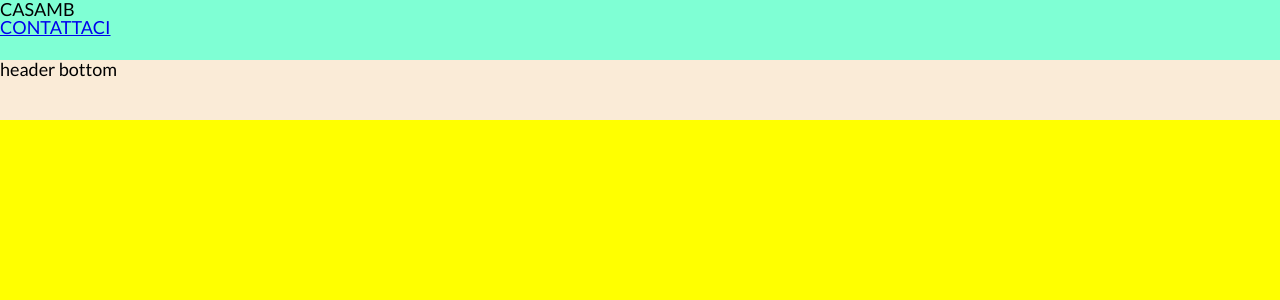
Repository: nicolorz/casamb
Page: /
These files come from the project's save history. The page is drawn as it stood at one moment and after the next save; the edit follows.
The browser window is 1280 px wide. The pictures show the whole page.
The project was rebuilt for these pictures with package versions that can differ from the ones it lists, and the page was loaded fresh each time. Also part of the build but not shown: src/index.css, src/App.css.

Above is the page before, as saved 2023-07-18 17:20:35.

### src/index.js
import React from 'react';
import ReactDOM from 'react-dom/client';
import './index.css';
import './assets/css/reset.css'
import './assets/css/style.css'
import App from './App';
import reportWebVitals from './reportWebVitals';

const root = ReactDOM.createRoot(document.getElementById('root'));
root.render(
  <React.StrictMode>
    <App />
  </React.StrictMode>
);

// If you want to start measuring performance in your app, pass a function
// to log results (for example: reportWebVitals(console.log))
// or send to an analytics endpoint. Learn more: https://bit.ly/CRA-vitals
reportWebVitals();

### src/assets/css/style.css
@import url('https://fonts.googleapis.com/css2?family=Lato:ital,wght@0,300;0,400;0,700;1,300;1,400;1,700&display=swap');

html, body {
  margin: 0;
  padding: 0;
  font-size: 18px;
  font-family: 'Lato', sans-serif;
}

.main-wrapper {
  width: 100vw;
  height: 100vh;
  background-color: yellow;
/*   display: flex;
  flex-flow: row nowrap; */
}

/* .sidebar {
  flex: 1;
  background-color: #f6f6f6;
  display: flex;
  flex-flow: column nowrap;
}

.card-wrapper {
  flex: 4;
  padding: 1rem;
  box-sizing: border-box;
  background-color: #EFF8FF;
  border: 1px solid #62A1FF;
  display: flex;
  flex-flow: row nowrap;
  align-items: flex-start;
  gap: 1rem;
}

.footer, .area-buttons {
  width: 100%;
  padding: 1rem;
  box-sizing: border-box;
  background-color: #EFF8FF;
  border: 1px solid #62A1FF;
}

.foooter {
  flex: 0 1 auto;
}

.area-buttons {
  flex: 1 0 auto;
}

.area-buttons {
  display: flex;
  flex-flow: column nowrap;
  gap: 0.5rem;
}

.area-buttons > button {
  align-self: flex-start;
}

.card {
  flex: 0 1 33%;
  padding: 1rem;
  background-color: #62A1FF;
  /* align-self: flex-start;
}

.card > img {
  width: 100%;
} */

### src/App.js
import logo from './logo.svg';
import './App.css';
import  {Header} from './components/HeaderWrapper/HeaderWrapper';

function App() {

  return (
    <div className="main-wrapper">
      <Header />
    </div>
  );
}

export default App;

### src/components/HeaderWrapper/HeaderWrapper.js
import './Header.css'
import { HeaderBottom } from './HeaderBottom'
import { HeaderTop } from './HeaderTop'

export const Header = () => {
    return <div className="header">
        <HeaderTop />
        <HeaderBottom />
    </div>
}

### src/components/HeaderWrapper/Header.css
.header-top {
    width: 100%;
    height: 60px;
    background-color: aquamarine;
}

.header-bottom {
    width: 100%;
    height: 60px;
    background-color: antiquewhite;
}

### src/components/HeaderWrapper/HeaderBottom.js
export const HeaderBottom = () => {
    return (
        <div className="header-bottom">header bottom</div>
    )
}

### src/components/HeaderWrapper/HeaderTop.js
export const HeaderTop = () => {
    return <div className="header-top">
        <div className="header-top_logo">CASAMB</div>
        <a href="*" target="_self">CONTATTACI</a>
    </div>
}

Loaded but not shown: public/index.html (common file); src/assets/css/reset.css (common file); src/reportWebVitals.js (common file)

After the next save:
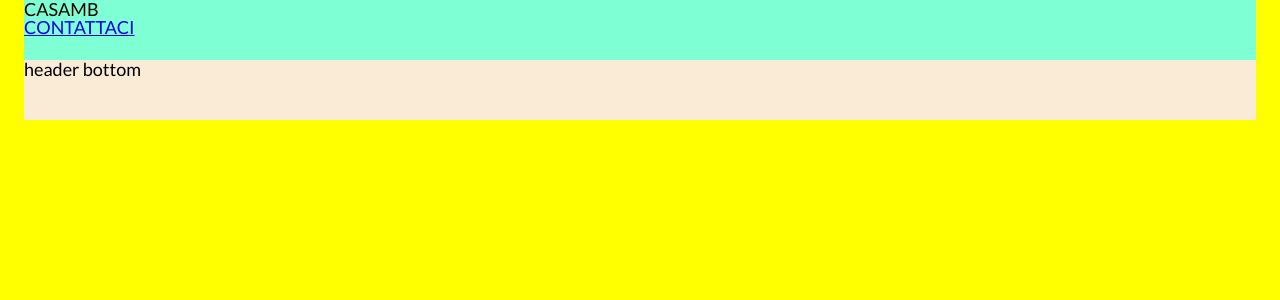
Saved 2 min 46 s later.
--- a/src/components/HeaderWrapper/Header.css
+++ b/src/components/HeaderWrapper/Header.css
@@ -1,3 +1,7 @@
+.header {
+    padding: 0 24px;
+}
+
 .header-top {
     width: 100%;
     height: 60px;
